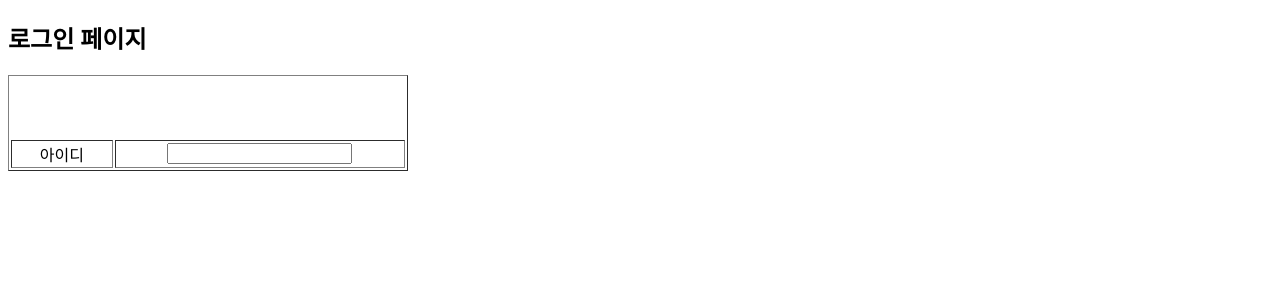
Repository: lhk21go-commits/Jsp2026
Page: http://localhost/chapter01/Request/RequestLogin.jsp
An editor plug-in stored every save of this project. The page is shown before and after the next save, followed by the edit.
The browser window is 1280 px wide. The pictures show the whole page.
The page is served by Tomcat 9.

Above is the page before, as saved 2026-10-19 05:48:28.

### chapter01/src/main/webapp/Request/RequestLogin.jsp
<%@ page language="java" contentType="text/html; charset=UTF-8"
    pageEncoding="UTF-8" import="java.util.*"%>
<!DOCTYPE html>
<html>
<head>
<meta charset="UTF-8">
<title>Request 로그인</title>
</head>
<body>
	<div class="container">
		<h2> 로그인 페이지</h2>
		<form action="RequestLoginProc.jsp" method="post">
			<table width="400" border="1">
				<tr height="60"></tr>
					<td align="center" width="150">아이디</td>
					<td align="center" width="350">
						<input type="text" name="id">

					</td>


			</table>

		</form>




	</div>

</body>
</html>

After the next save:
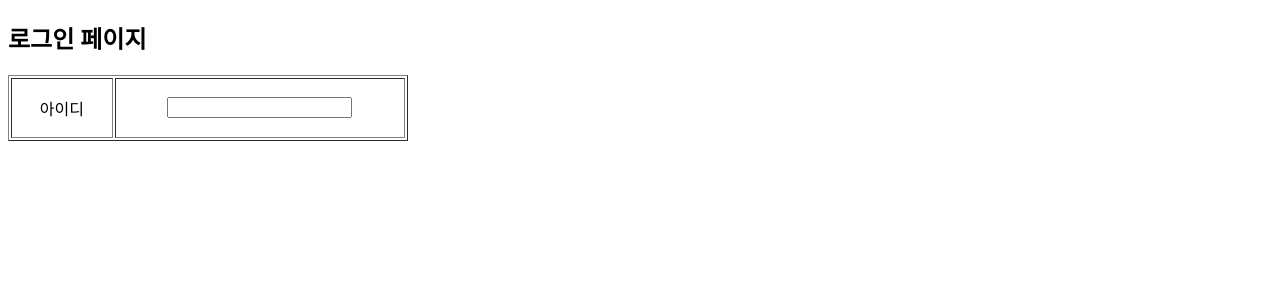
Saved 27 s later.
--- a/chapter01/src/main/webapp/Request/RequestLogin.jsp
+++ b/chapter01/src/main/webapp/Request/RequestLogin.jsp
@@ -11,12 +11,12 @@
 		<h2> 로그인 페이지</h2>
 		<form action="RequestLoginProc.jsp" method="post">
 			<table width="400" border="1">
-				<tr height="60"></tr>
+				<tr height="60">
 					<td align="center" width="150">아이디</td>
 					<td align="center" width="350">
 						<input type="text" name="id">
-
 					</td>
+				</tr>
 
 
 			</table>
